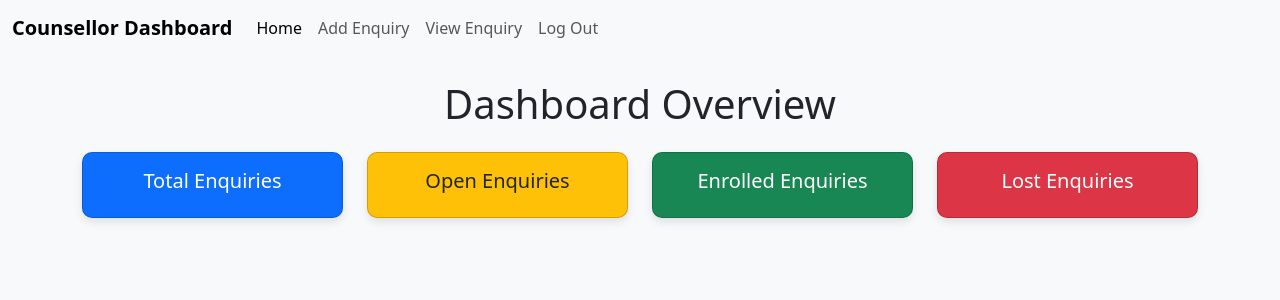
Repository: SitaSangita/Project
Page: http://localhost/dashboard
These files come from the project's save history. The page is drawn as it stood at one moment and after the next save; the edit follows.
The browser window is 1280 px wide. The pictures show the whole page.
The page is this project's Thymeleaf template; nobody is signed in. The template is opened directly, without the code that normally fills it, so the values that code supplies are empty.

Above is the page before, as saved 2025-01-02 17:20:40.

### 01_CounsellorProtal_MiniProject/src/main/resources/templates/dashboard.html
<!doctype html>
<html lang="en">

<head>
	<meta charset="utf-8">
	<meta name="viewport" content="width=device-width, initial-scale=1">
	<title>Counsellor Dashboard</title>
	<link href="https://cdn.jsdelivr.net/npm/bootstrap@5.3.0/dist/css/bootstrap.min.css" rel="stylesheet">
	<style>
		body {
			background-color: #f8f9fa;
		}

		.dashboard-card {
			border-radius: 10px;
			box-shadow: 0 4px 8px rgba(0, 0, 0, 0.1);
			transition: transform 0.2s;
		}

		.dashboard-card:hover {
			transform: translateY(-5px);
		}

		.navbar-brand {
			font-weight: bold;
		}
	</style>
</head>

<body>
	<nav class="navbar navbar-expand-lg navbar-light bg-light mb-4">
		<div class="container-fluid">
			<a class="navbar-brand" href="#">Counsellor Dashboard</a>
			<button class="navbar-toggler" type="button" data-bs-toggle="collapse" data-bs-target="#navbarNav"
				aria-controls="navbarNav" aria-expanded="false" aria-label="Toggle navigation">
				<span class="navbar-toggler-icon"></span>
			</button>
			<div class="collapse navbar-collapse" id="navbarNav">
				<ul class="navbar-nav">
					<li class="nav-item">
						<a class="nav-link active" aria-current="page" href="dashboard">Home</a>
					</li>
					<li class="nav-item">
						<a class="nav-link" href="enquiry-page">Add Enquiry</a>
					</li>
					<li class="nav-item">
						<a class="nav-link" href="view-enquiries">View Enquiry</a>
					</li>
					<li class="nav-item">
						<a class="nav-link" href="/logout">Log Out</a>
					</li>
				</ul>
			</div>
		</div>
	</nav>

	<div class="container">
		<h1 class="text-center mb-4">Dashboard Overview</h1>
		<div class="row text-center">
			<div class="col-md-3 mb-4">
				<div class="card dashboard-card bg-primary text-white">
					<div class="card-body">
						<h5 class="card-title">Total Enquiries</h5>
						<p class="card-text" th:text="${dashboradDTO.totalEnquiry}"></p>
					</div>
				</div>
			</div>
			<div class="col-md-3 mb-4">
				<div class="card dashboard-card bg-warning text-dark">
					<div class="card-body">
						<h5 class="card-title">Open Enquiries</h5>
						<p class="card-text" th:text="${dashboradDTO.openEnquiry}"></p>
					</div>
				</div>
			</div>
			<div class="col-md-3 mb-4">
				<div class="card dashboard-card bg-success text-white">
					<div class="card-body">
						<h5 class="card-title">Enrolled Enquiries</h5>
						<p class="card-text" th:text="${dashboradDTO.enrolledEnquiry}"></p>
					</div>
				</div>
			</div>
			<div class="col-md-3 mb-4">
				<div class="card dashboard-card bg-danger text-white">
					<div class="card-body">
						<h5 class="card-title">Lost Enquiries</h5>
						<p class="card-text" th:text="${dashboradDTO.lostEnquiry}"></p>
					</div>
				</div>
			</div>
		</div>
	</div>

	<script src="https://cdn.jsdelivr.net/npm/bootstrap@5.3.0/dist/js/bootstrap.bundle.min.js"></script>
</body>

</html>

After the next save:
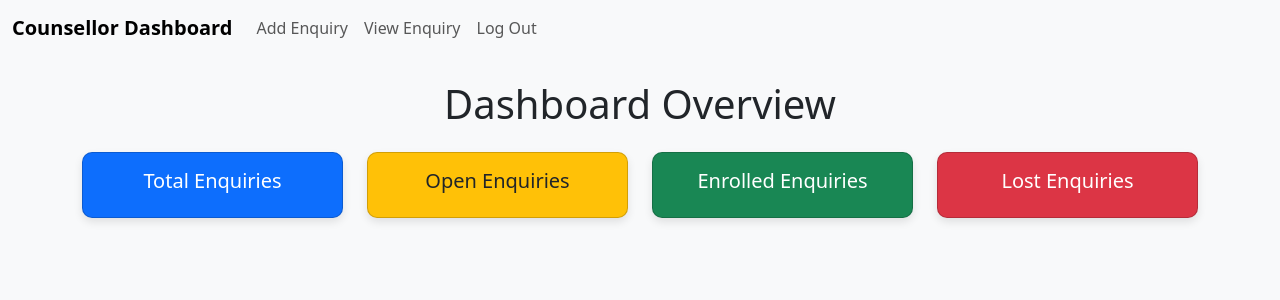
Saved 2 min 43 s later.
--- a/01_CounsellorProtal_MiniProject/src/main/resources/templates/dashboard.html
+++ b/01_CounsellorProtal_MiniProject/src/main/resources/templates/dashboard.html
@@ -37,9 +37,7 @@
 			</button>
 			<div class="collapse navbar-collapse" id="navbarNav">
 				<ul class="navbar-nav">
-					<li class="nav-item">
-						<a class="nav-link active" aria-current="page" href="dashboard">Home</a>
-					</li>
+
 					<li class="nav-item">
 						<a class="nav-link" href="enquiry-page">Add Enquiry</a>
 					</li>
